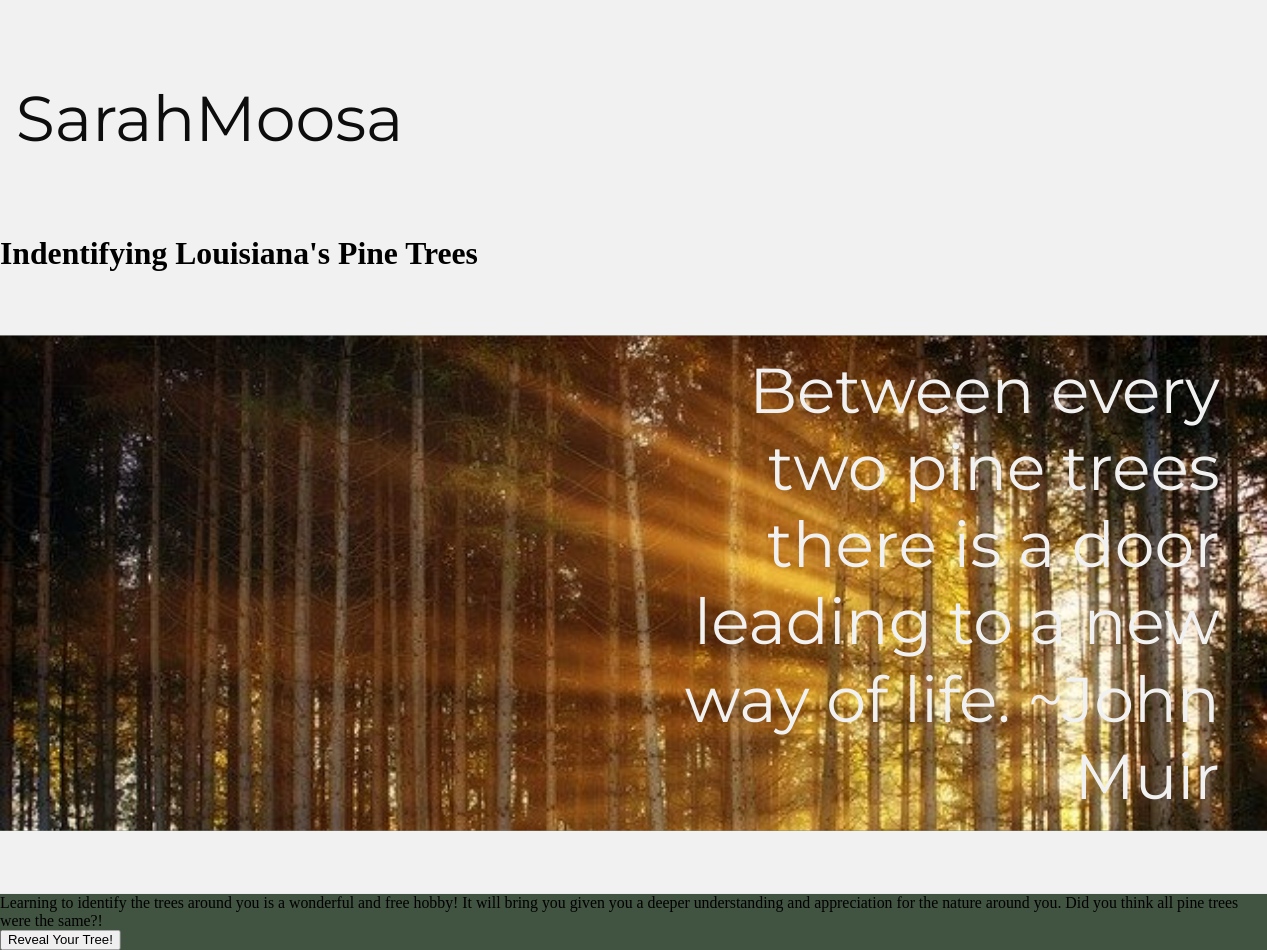
Repository: Sbethm/louisianaPineTrees
Page: pine_main.html
These files come from the project's save history. The page is drawn as it stood at one moment and after a run of saves; the edit follows.
The browser window is 1280 px wide. The pictures show the whole page, at 99% of full size.
The style sheet was rebuilt from its Sass, Less or Tailwind sources for each picture, by a compiler version that may differ from the author's.

Above is the page before, as saved 2021-09-16 11:58:02.

### pine_main.html
<!DOCTYPE html>
<html lang="en">
<head>
    <meta charset="UTF-8">
    <meta http-equiv="X-UA-Compatible" content="IE=edge">
    <meta name="viewport" content="width=device-width, initial-scale=1.0">
    <link rel="preconnect" href="https://fonts.googleapis.com">
    <link rel="preconnect" href="https://fonts.gstatic.com" crossorigin>
    <link href="https://fonts.googleapis.com/css2?family=Architects+Daughter&family=Montserrat:ital,wght@0,400;0,500;0,700;1,400;1,500;1,700&display=swap" rel="stylesheet">
    <!--
        headerFont: 'Architects Daughter', cursive;
        mainFont: 'Montserrat', sans-serif;
    -->
    <link rel="stylesheet" href="./CSS/main.css">
    <title>Louisiana Pine Trees</title>
</head>
<body>
    <header>
        <p>SarahMoosa</p>
    </header>
    <main>
        <h1>Indentifying Louisiana's Pine Trees</h1>
        <div class="intro-container container">
            <p class="float-right quote">Between every two pine trees there is a door leading to a new way of life. ~John Muir</p>
        </div>
        <div class="questions-container container">
            <div class="bg-image call-to-action">Learning to identify the trees around you is a wonderful and free hobby! It will bring you given you a deeper understanding and appreciation for the nature around you. Did you think all pine trees were the same?!</div>
            <section class="question-block">
                <div class="question"></div>
            </section>
            <section class="question-block">
                <div class="question"></div>
            </section>
            <section class="question-block">
                <div class="question"></div>
            </section>
            <section class="question-block">
                <div class="question"></div>
            </section>
            <section class="question-block">
                <div class="question"></div>
            </section>
            <div class="results-btn btn">
                <button>Reveal Your Tree!</button>
            </div>
            <div class="results"></div>
        </div>
    </main>
</body>

### src/scss/main.scss
@import "./variables";


//GLOBAL STYLES
*{box-sizing: border-box;}

body {
    margin: 0;
    background-color: #f1f1f1;
}

h1
h2 {
    font-family: $headerFont;
}

p {
    font-family: $mainFont;
    font-size: clamp(1rem, 5vw, 4rem);
    color: $acColorDr;
    padding: 1rem;
}

.container {
    background-color: $mainColor;
}

.intro-container {
    background-image: url(../img/forest-pine.jpg);
    background-repeat: no-repeat;
    background-size: cover;
}

.quote {
    margin-left: calc(50% - 2rem);
    width: 50%;
    text-align: right;
    color: #f1f1f1;
}
//This code was used to cause grid items to over lap. It worked very well, but I think it is unnecessary and bulkier code than I need for the result that I want.
// .intro-container {
//     display: grid;
//     grid-template-columns: 50% 50%;
//     grid-auto-rows: 100%;

//     & img {
//         grid-column: 1/3;
//         grid-row: 1;
//         display: inline;
//         max-width: 100%;
//         z-index: 1;
//     }

//     & .quote {
//         grid-column: 2/3;
//         grid-row: 1;
//         align-self: center;
//         z-index: 9;
//     }
// }

### src/scss/_variables.scss
//COLORS
$mainColor: hsl(120, 12%, 29%);
$acColorLi: hsl(0, 0%, 29%);
$acColorDr: hsl(0, 0%, 5%);

//FONTS
$headerFont: 'Architects Daughter', cursive;
$mainFont: 'Montserrat', sans-serif;

Loaded but not shown: src/scss/_normalize.scss (common file)

After the next 4 saves:
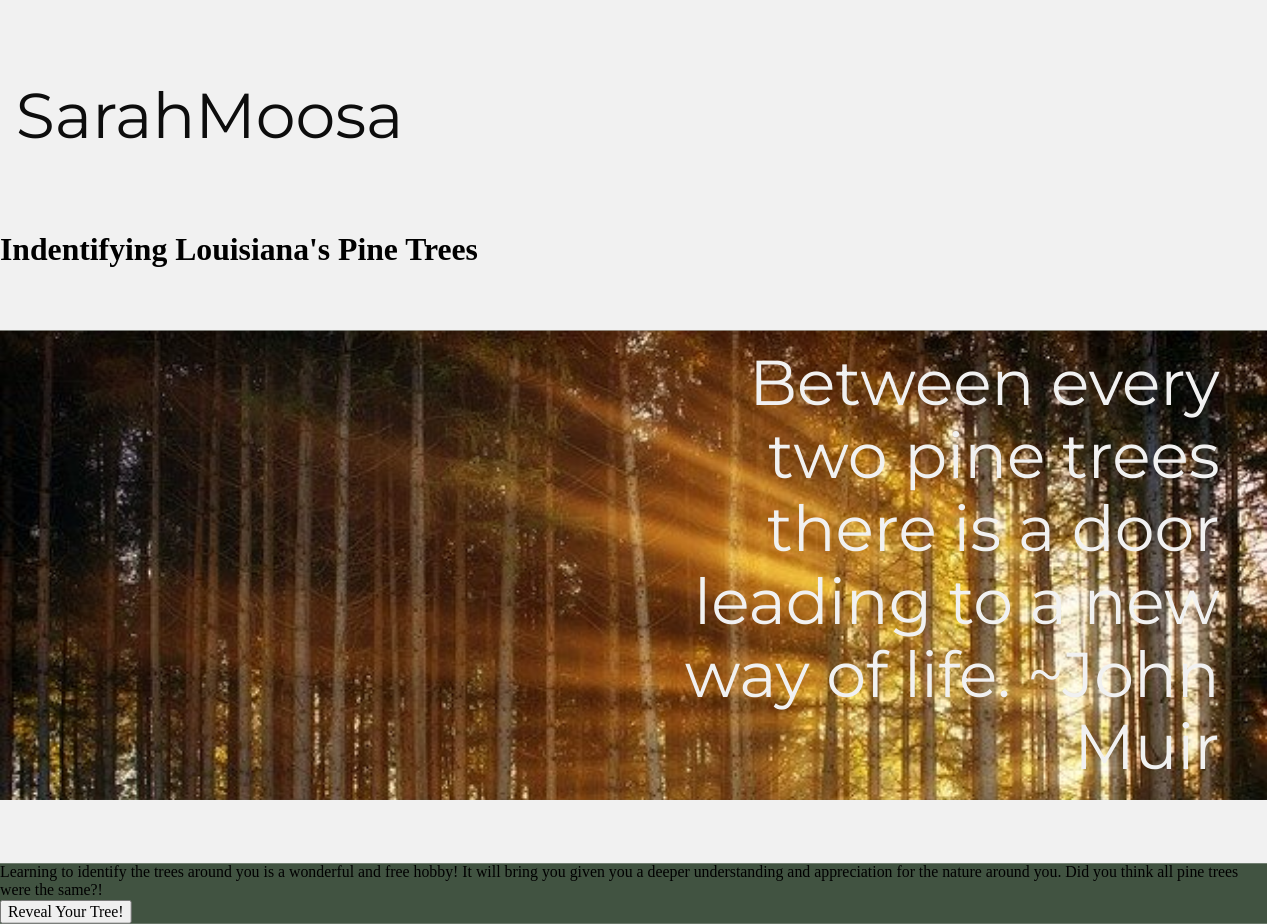
The 4 saves are shown as one change because they came seconds apart.
The last was saved 49 s later.
--- a/src/scss/main.scss
+++ b/src/scss/main.scss
@@ -1,4 +1,4 @@
-@import "./variables";
+@import "./variables", "./normalize";
 
 
 //GLOBAL STYLES

After the save that followed:
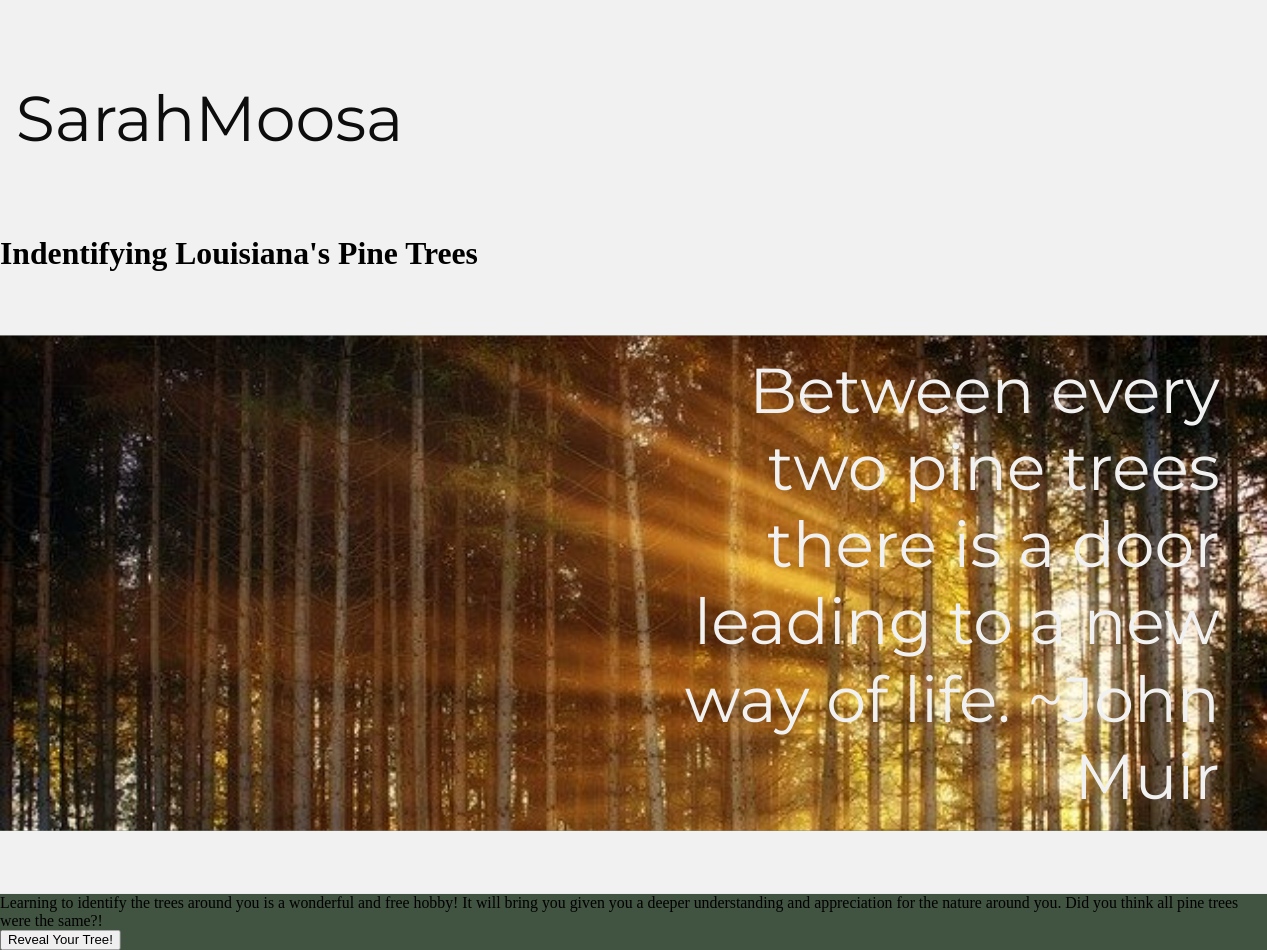
Saved 35 s later.
--- a/src/scss/main.scss
+++ b/src/scss/main.scss
@@ -1,4 +1,4 @@
-@import "./variables", "./normalize";
+@import "./variables";
 
 
 //GLOBAL STYLES
